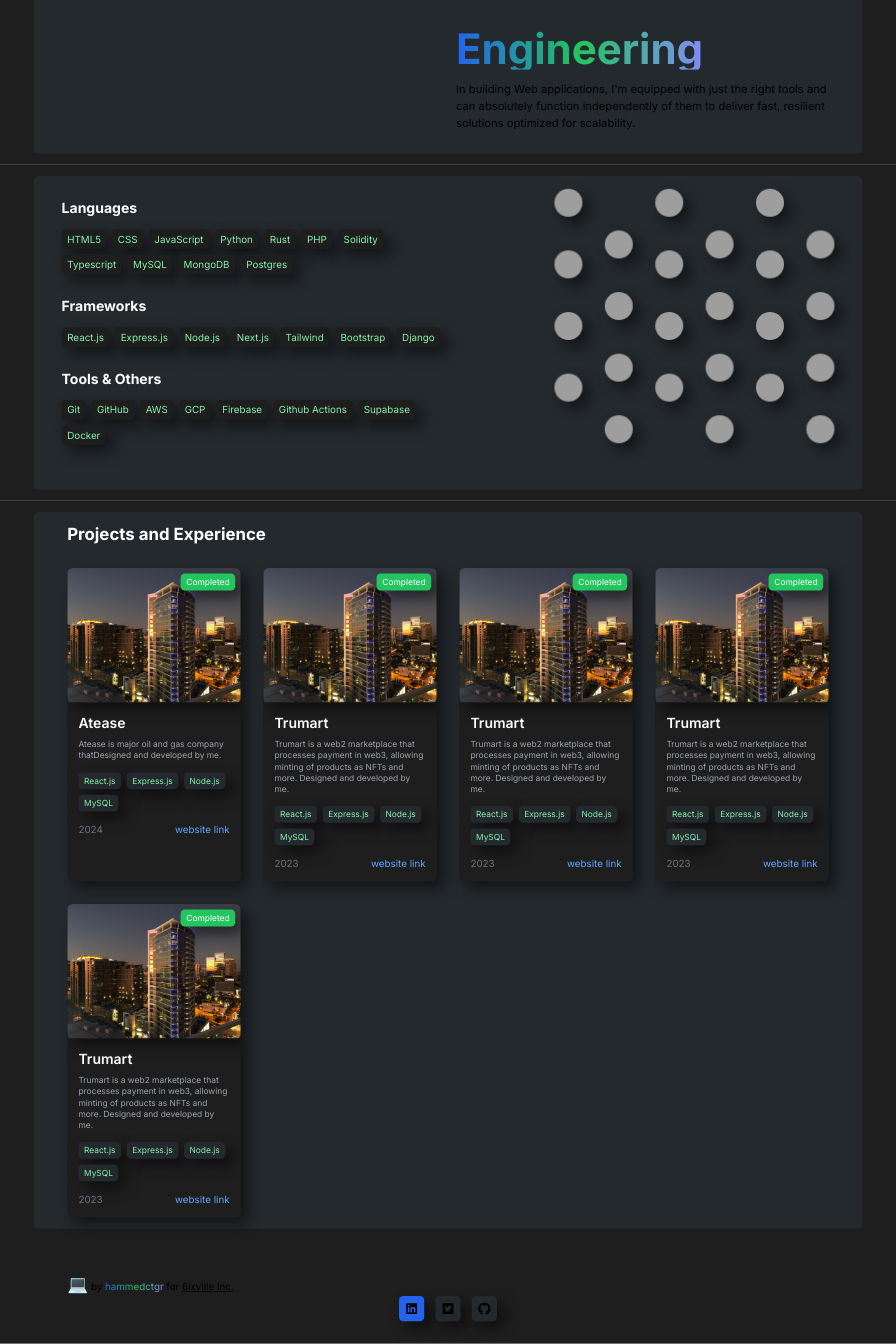
Repository: muhammedctgr/hammedctgr
Page: /
These files come from the project's save history. The page is drawn as it stood at one moment and after the next save; the edit follows.
The browser window is 1280 px wide. The pictures show the part of the page from y = 808 to 2728 px (the page is 2728 px tall), at 70% of full size.
Pictures or frames that could not be fetched are drawn as grey boxes. The project was rebuilt for these pictures with package versions that can differ from the ones it lists, and the page was loaded fresh each time. The framework's server and built-in components were replaced by stand-ins that run in the browser. Also part of the build but not shown: next.config.mjs.

Above is the page before, as saved 2024-08-13 21:31:20.

After the next save:
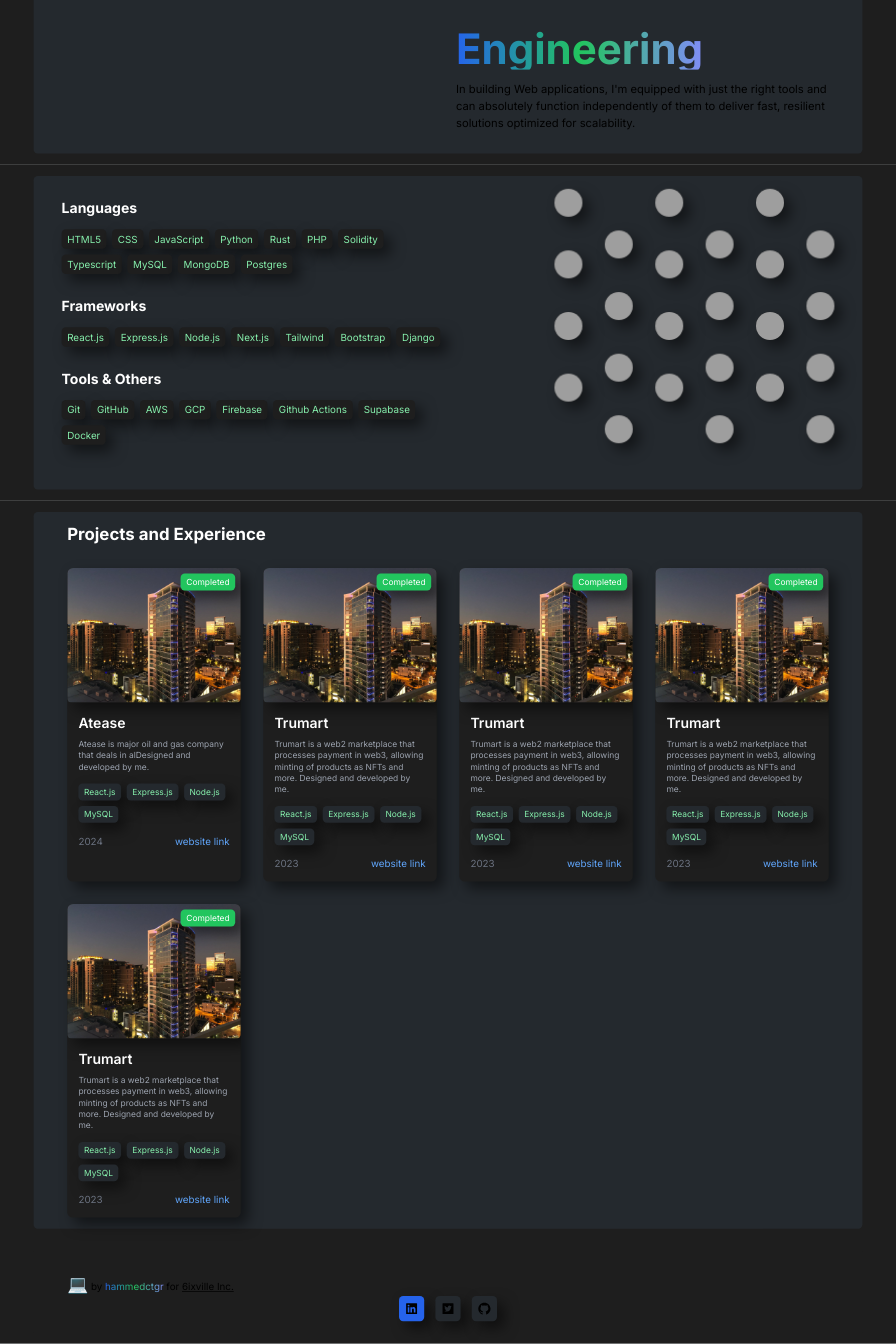
Saved 5 s later.
--- a/components/ProjectsSection.tsx
+++ b/components/ProjectsSection.tsx
@@ -13,7 +13,7 @@ interface Project {
 const projects: Project[] = [
   {
     title: "Atease",
-    description: "Atease is major oil and gas company thatDesigned and developed by me.",
+    description: "Atease is major oil and gas company that deals in alDesigned and developed by me.",
     technologies: ["React.js", "Express.js", "Node.js", "MySQL"],
     date: "2024",
     status: "Completed",
